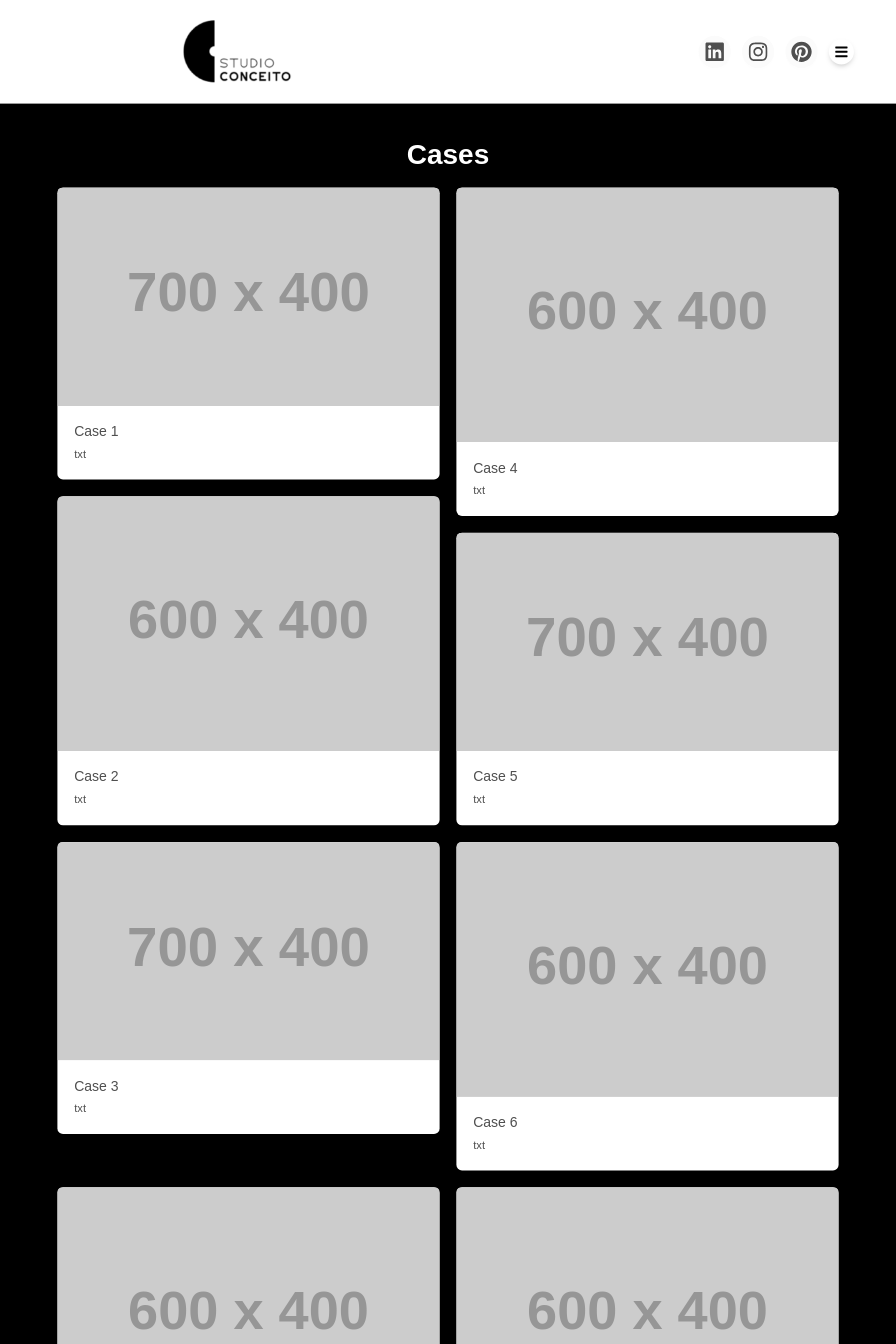
Repository: Upstairs-Agencia/studio-conceito-react
Page: /cases
The author's editor kept a copy of each file at every save. The page is drawn from the files as they stood at one save, then again after the next save.
The browser window is 1280 px wide. The pictures show the part of the page from y = 0 to 1920 px (the page is 3413 px tall), at 70% of full size.
The project was rebuilt for these pictures with package versions that can differ from the ones it lists, and the page was loaded fresh each time. Also part of the build but not shown: src/pages/Home.js, src/pages/QuemSomos.js, src/pages/Servicos.js, src/pages/Blog.js, src/pages/Clientes.js, src/pages/Contato.js.

Above is the page before, as saved 2024-12-29 11:16:12.

After the next save:
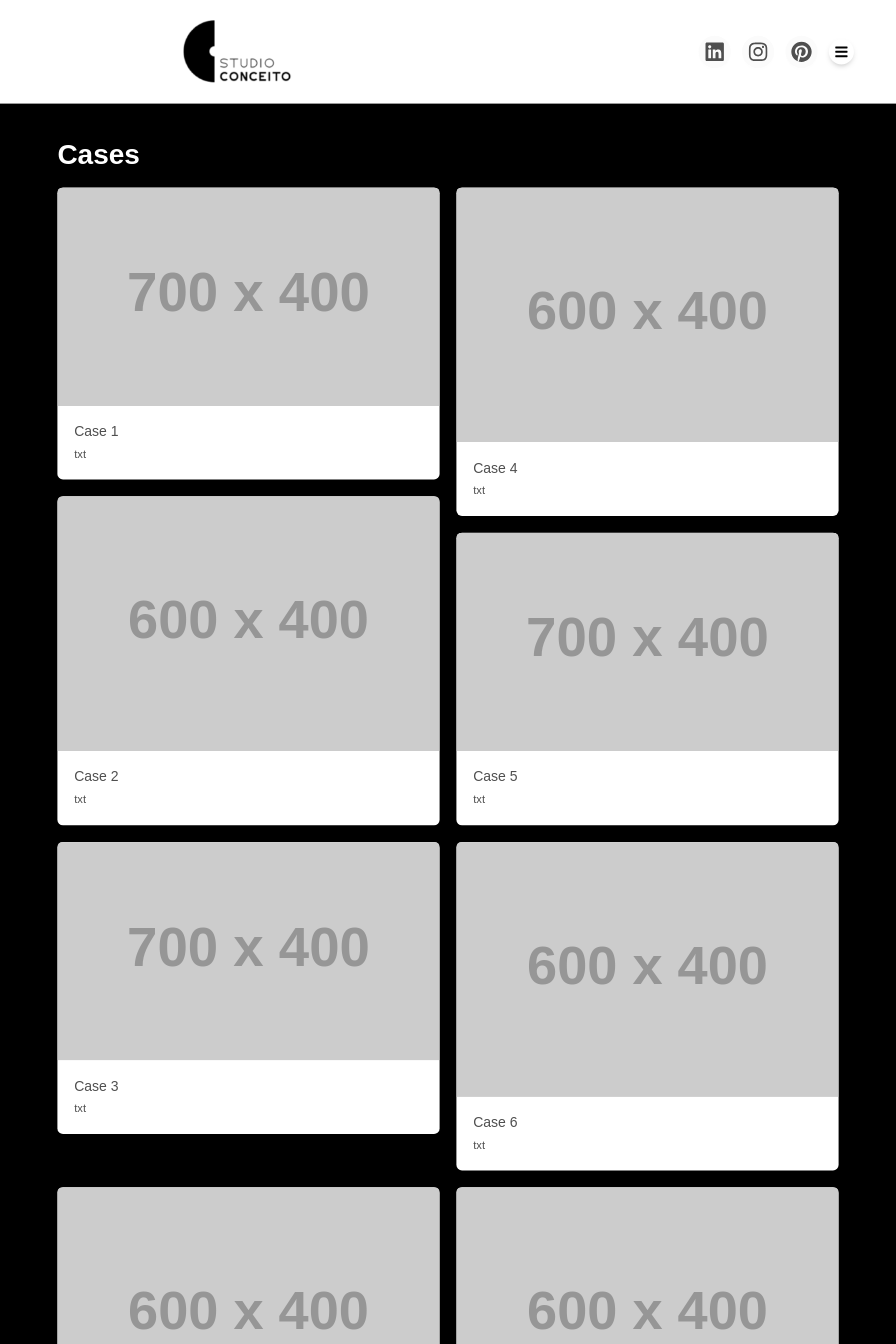
Saved 40 s later.
--- a/src/pages/Cases.js
+++ b/src/pages/Cases.js
@@ -44,7 +44,7 @@ function Cases() {
     <Navbar />
     <MDBContainer className="my-5">
 
-      <h1 className="text-center mb-4"style={{alignItems: 'left', color: 'white', fontWeight: 'bold'}}>Cases</h1>
+      <h1 className="mb-4"style={{alignItems: 'left', color: 'white', fontWeight: 'bold'}}>Cases</h1>
       <MDBRow>
         <MDBCol md="6">
           {caseStudies.slice(0, 3).map((caseItem, index) => (
